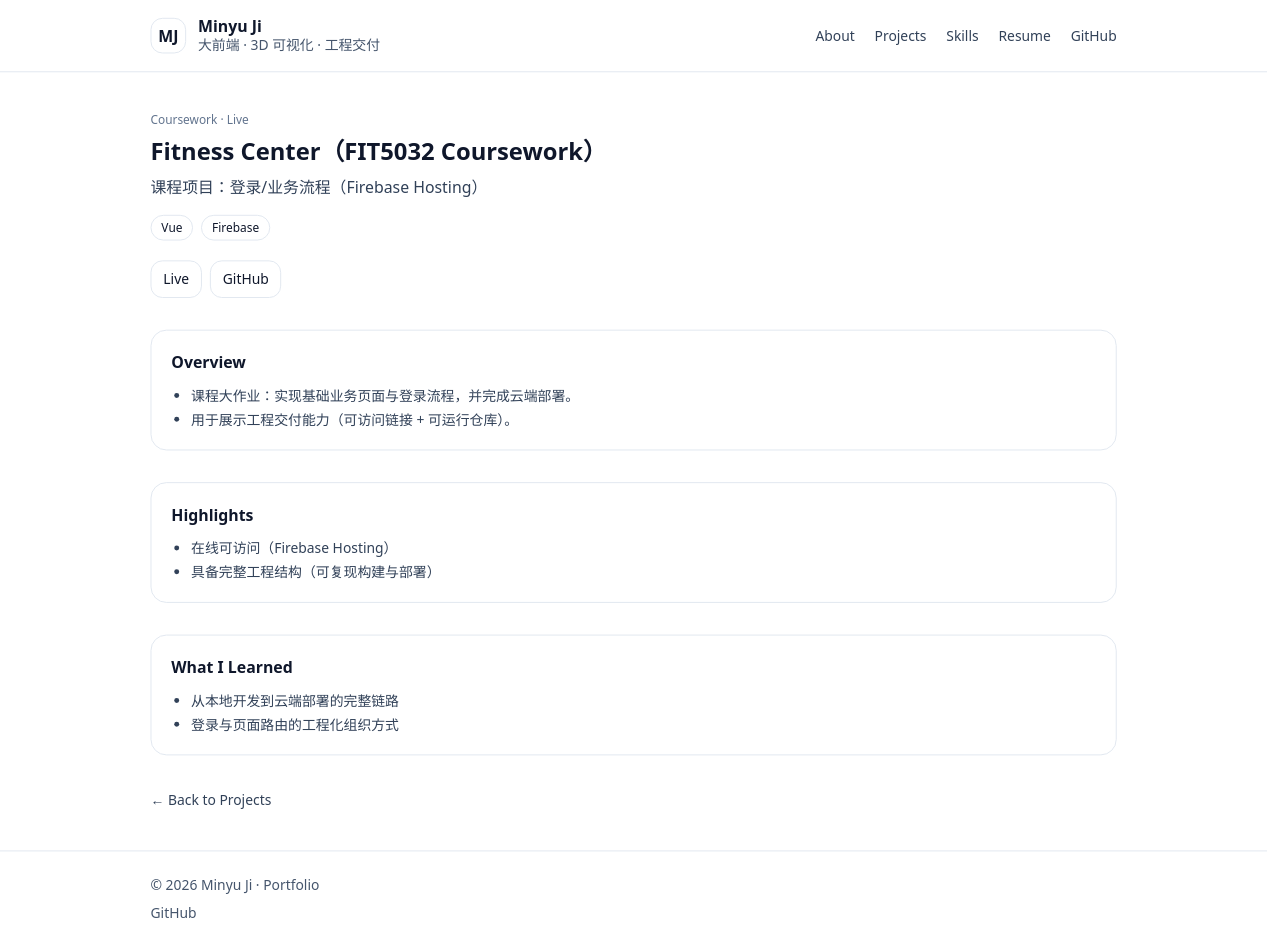
Repository: Andrew-JX/mj-portfolio
Page: /#/projects/fit5032-fitness-center
The author's editor kept a copy of each file at every save. The page is drawn from the files as they stood at one save, then again after the next save.
The browser window is 1280 px wide. The pictures show the whole page, at 99% of full size.
The project was rebuilt for these pictures with package versions that can differ from the ones it lists, and the page was loaded fresh each time. Also part of the build but not shown: vite.config.ts, src/pages/AboutPage.vue, src/pages/ProjectsPage.vue, src/pages/SkillsPage.vue, src/pages/ResumePage.vue.

Above is the page before, as saved 2026-01-06 21:53:56.

After the next save:
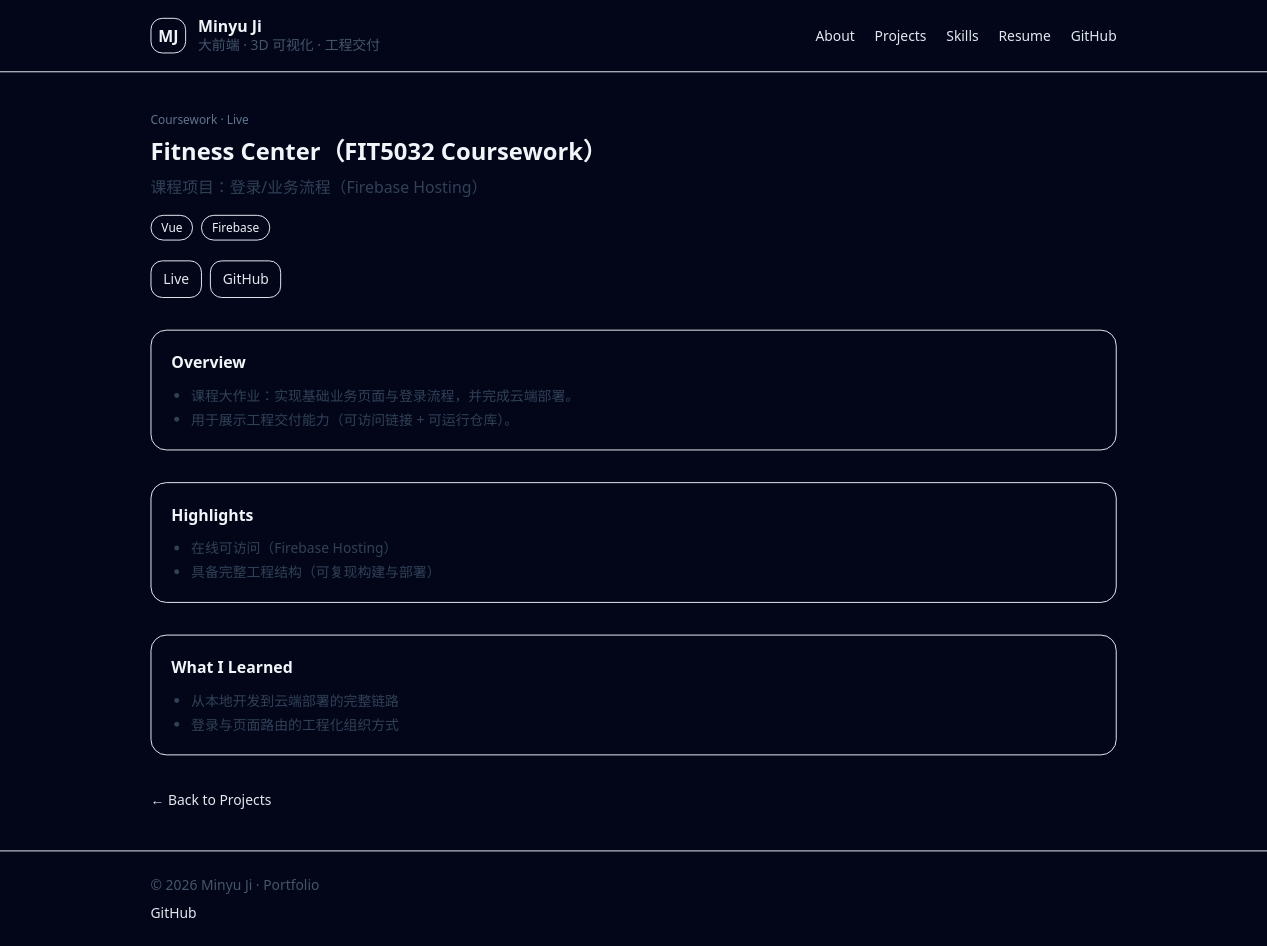
Saved 13 s later.
--- a/src/styles/app.css
+++ b/src/styles/app.css
@@ -9,6 +9,14 @@ html, body {
 }
 
 body {
-  /* 偏灰黑文本 + 白底 */
-  @apply bg-white text-slate-900;
+  @apply bg-slate-950 text-slate-100;
 }
+
+/* 统一链接/选中文本的观感 */
+a {
+  @apply text-slate-200 hover:text-white;
+}
+
+::selection {
+  @apply bg-sky-500/30;
+}
